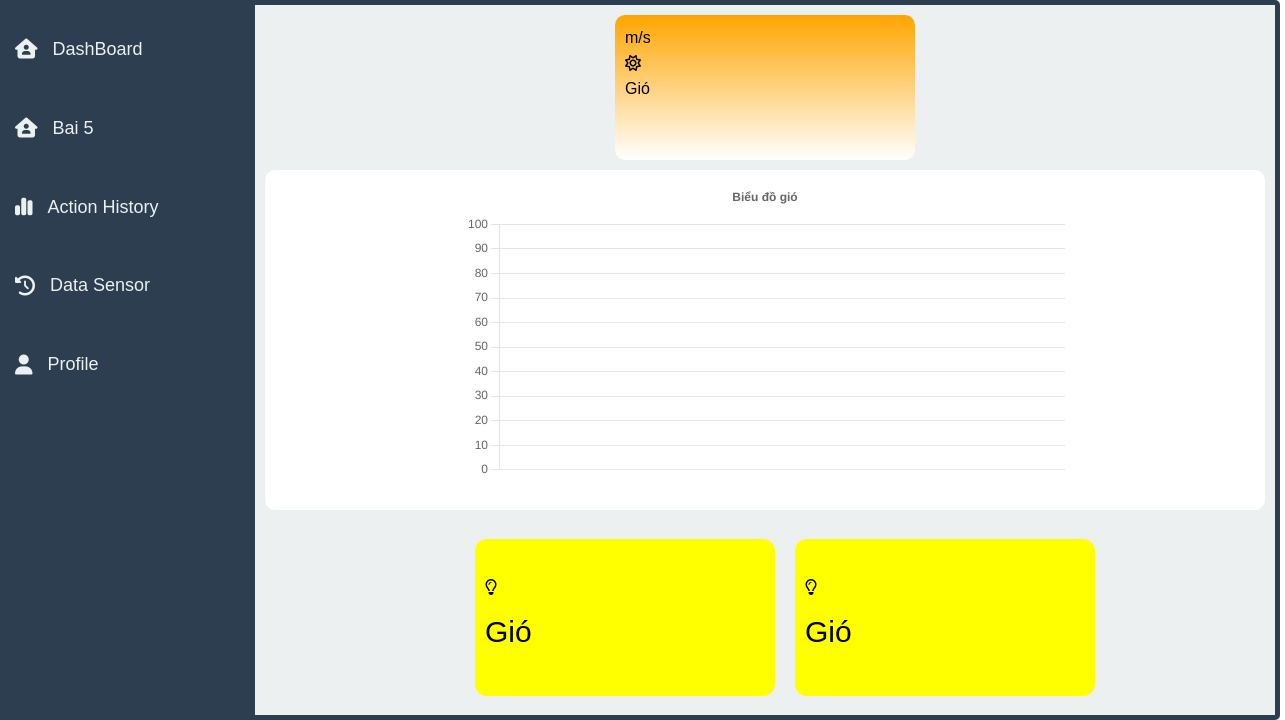
Repository: duongnoob23/duyyyy
Page: /bai5 (app in iot/)
An editor plug-in stored every save of this project. The page is shown before and after the next save, followed by the edit.
The browser window is 1280 px wide. The page is 1285 px wide, so the pictures cover 1285 px, including what lies to the right of the window. The pictures show the whole page.
The page's requests for data from a server got no answer. Some web libraries are served in a nearby version. The project was rebuilt for these pictures with package versions that can differ from the ones it lists, and the page was loaded fresh each time. No one was signed in, and anything a server would have sent is missing. Also part of the build but not shown: iot/src/App.css, iot/src/Components/Doughnut/GaugeChart.js, iot/src/Components/LineChart/LineChartECharts.js, iot/src/Pages/Home/Home.js, iot/src/Pages/DataLogs/DataLogs.js, iot/src/Pages/Profile/Profile.css, iot/src/Pages/Profile/Profile.js, iot/src/Pages/Action/Action.js and 1 more.

Above is the page before, as saved 2024-12-02 21:22:44.

After the next save:
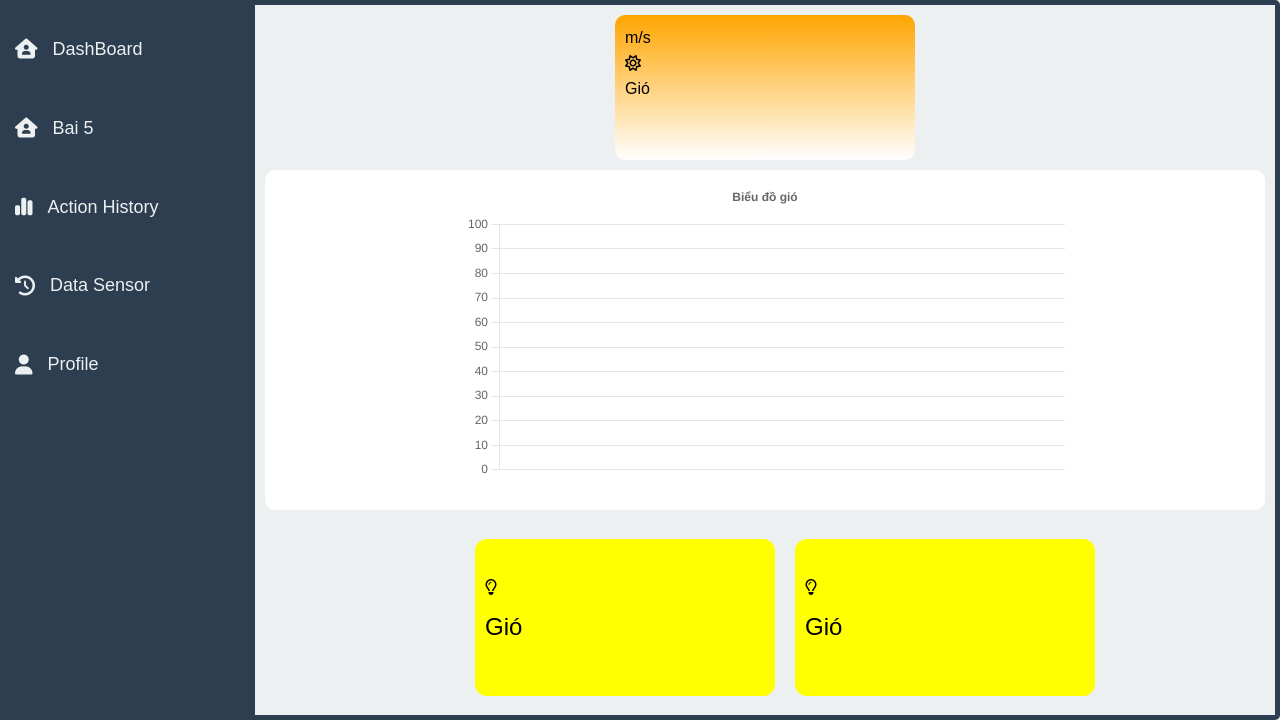
Saved 5 s later.
--- a/iot/src/Pages/Bai5/Bai5.css
+++ b/iot/src/Pages/Bai5/Bai5.css
@@ -283,5 +283,5 @@
 }
 
 .control-item .text{
-    font-size: 30px;
-}
+    font-size: 24px;
+}
